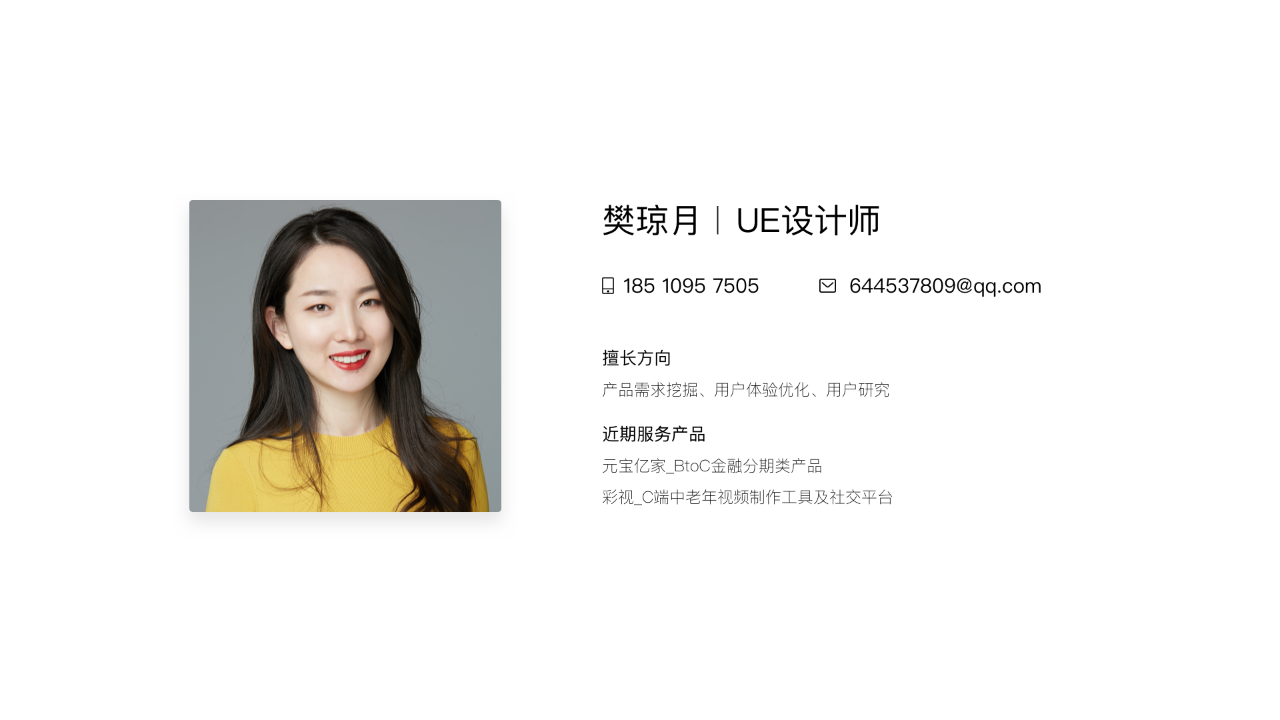
Repository: fanqiongyuer/fanqiongyuer.github.io
Page: design/123.html
The author's editor kept a copy of each file at every save. The page is drawn from the files as they stood at one save, then again after the next save.
The browser window is 1280 px wide. The pictures show the whole page.

Above is the page before, as saved 2019-03-06 22:00:50.

After the next save:
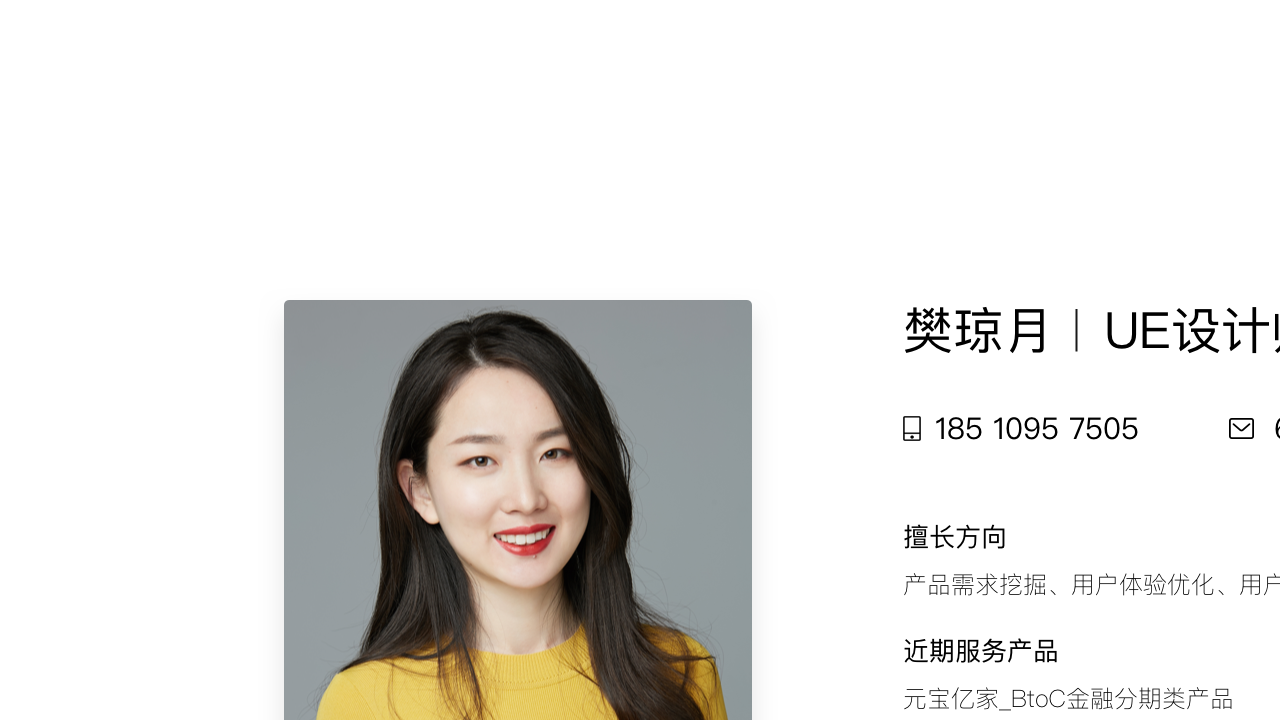
Saved 91 s later.
--- a/design/123.html
+++ b/design/123.html
@@ -28,8 +28,7 @@
         outline: none;
     }
     .swiper-slide img{
-        width: 100%;
-        height: 100%;
+        object-fit: cover;
     }
 </style>
 <script src="dist/swiper.min.js"></script>

After the 2 saves that followed:
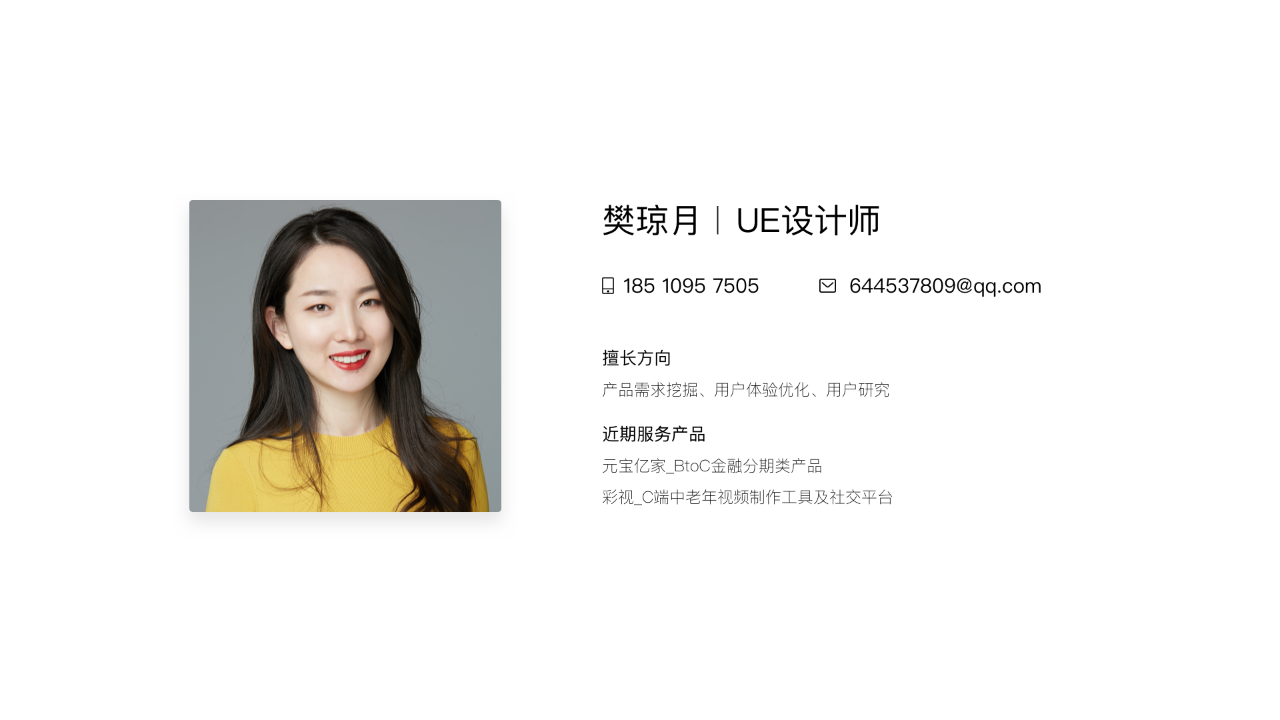
The 2 saves are shown as one change because 1 left the picture as it was.
The last was saved 75 s later.
--- a/design/123.html
+++ b/design/123.html
@@ -28,6 +28,8 @@
         outline: none;
     }
     .swiper-slide img{
+        width: 100%;
+        height: 100%;
         object-fit: cover;
     }
 </style>
